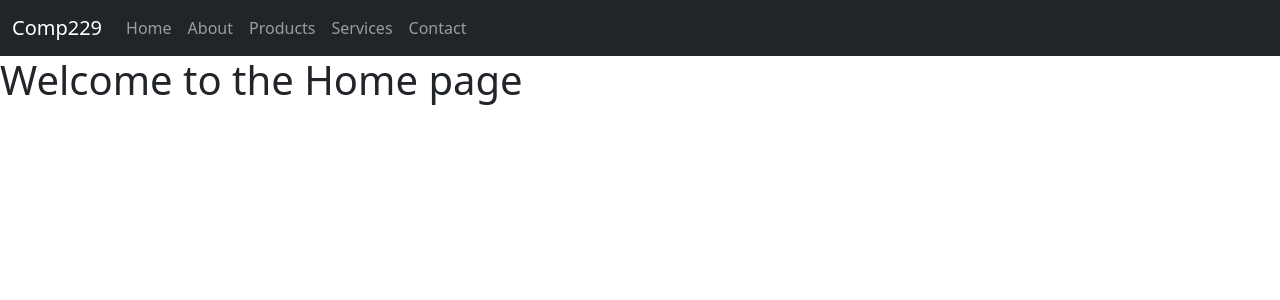
Repository: nhoque7/week3t.2
Page: http://localhost/
These files come from the project's save history. The page is drawn as it stood at one moment and after the next save; the edit follows.
The browser window is 1280 px wide. The pictures show the whole page.
The page is served by the project's Node server (server.js).

Above is the page before, as saved 2022-10-13 14:52:30.

After the next save:
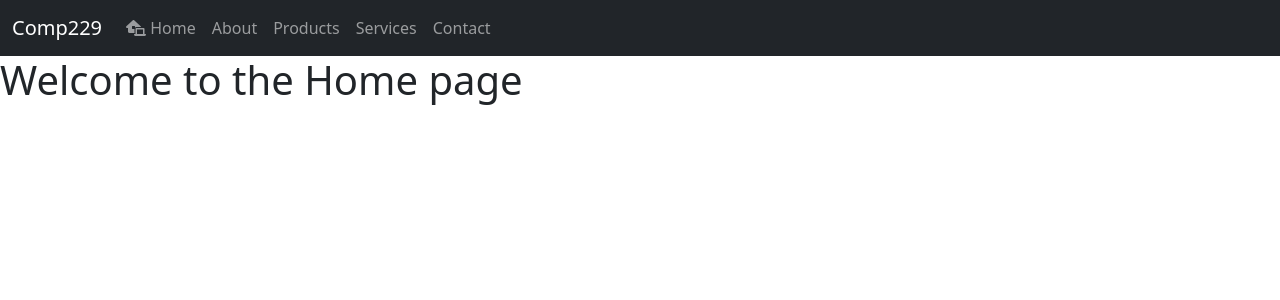
Saved 2 min 39 s later.
--- a/views/index.ejs
+++ b/views/index.ejs
@@ -24,7 +24,7 @@
         <ul class="navbar-nav me-auto mb-2 mb-lg-0">
 
           <li class="nav-item">
-            <a class="nav-link" aria-current="page" href="/home">Home</a>
+            <a class="nav-link" aria-current="page" href="/home"><i class="fa-solid fa-house-laptop"></i> Home</a>
           </li>
 
           <li class="nav-item">

After the save that followed:
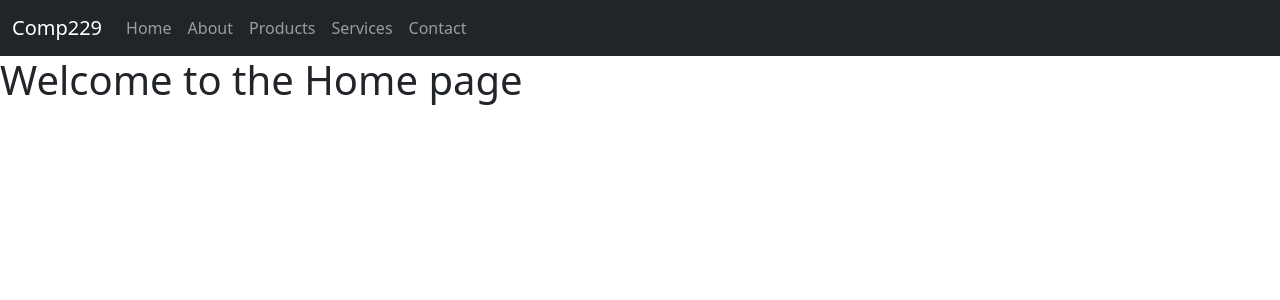
Saved 107 s later.
--- a/views/index.ejs
+++ b/views/index.ejs
@@ -24,7 +24,7 @@
         <ul class="navbar-nav me-auto mb-2 mb-lg-0">
 
           <li class="nav-item">
-            <a class="nav-link" aria-current="page" href="/home"><i class="fa-solid fa-house-laptop"></i> Home</a>
+            <a class="nav-link" aria-current="page" href="/home"><i class="fa-light fa-house-blank"></i> Home</a>
           </li>
 
           <li class="nav-item">
